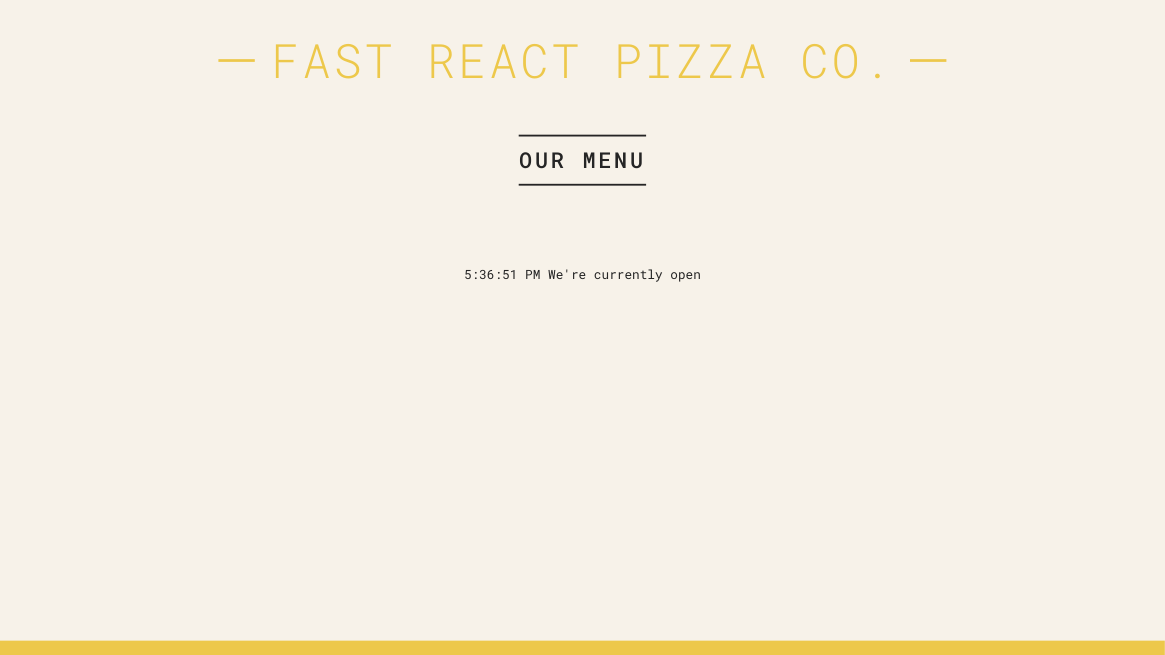
Repository: ahmedharidy/First-React-App
Page: /
These files come from the project's save history. The page is drawn as it stood at one moment and after the next save; the edit follows.
The browser window is 1280 px wide. The pictures show the whole page, at 91% of full size.
The project was rebuilt for these pictures with package versions that can differ from the ones it lists, and the page was loaded fresh each time.

Above is the page before, as saved 2026-09-23 00:00:21.

### src/index.js
import React from "react";
import ReactDOM from "react-dom/client";
import "./index.css";

const pizzaData = [
  {
    name: "Focaccia",
    ingredients: "Bread with italian olive oil and rosemary",
    price: 6,
    photoName: "pizzas/focaccia.jpg",
    soldOut: false,
  },
  {
    name: "Pizza Margherita",
    ingredients: "Tomato and mozarella",
    price: 10,
    photoName: "pizzas/margherita.jpg",
    soldOut: false,
  },
  {
    name: "Pizza Spinaci",
    ingredients: "Tomato, mozarella, spinach, and ricotta cheese",
    price: 12,
    photoName: "pizzas/spinaci.jpg",
    soldOut: false,
  },
  {
    name: "Pizza Funghi",
    ingredients: "Tomato, mozarella, mushrooms, and onion",
    price: 12,
    photoName: "pizzas/funghi.jpg",
    soldOut: false,
  },
  {
    name: "Pizza Salamino",
    ingredients: "Tomato, mozarella, and pepperoni",
    price: 15,
    photoName: "pizzas/salamino.jpg",
    soldOut: true,
  },
  {
    name: "Pizza Prosciutto",
    ingredients: "Tomato, mozarella, ham, aragula, and burrata cheese",
    price: 18,
    photoName: "pizzas/prosciutto.jpg",
    soldOut: false,
  },
];
function App() {
  return (
    <div className="container">
      <Header />
      <Menu />
      <Footer />
    </div>
  );
}

function Header() {
  //   const style = { color: "red", fontSize: "48px", textTransform: "uppercase" };
  const style = {};
  return (
    <header className="header">
      <h1 style={style}>Fast react pizza co.</h1>
    </header>
  );
}
function Menu() {
  return (
    <main className="menu">
      <h2>Our menu</h2>

      <div>
        {pizzaData.map((pizza) => (
          <pizza name={Pizza.name} />
        ))}
      </div>
      {/* <Pizza
        name="pizza spinaci"
        ingredient="Bread with italian olive oil and rosemary"
        photoName="pizzas/spinaci.jpg"
        price={10}
      />

      <Pizza
        name="pizza funghi"
        ingredient="Bread with tomato and mushrooms"
        photoName="pizzas/funghi.jpg"
        price={50}
      /> */}
    </main>
  );
}

function Pizza(props) {
  console.log(props);
  return (
    <div className="pizza">
      <img src={props.photoName} alt={props.name}></img>
      <div>
        <h3>{props.name}</h3>
        <p>{props.ingredient}</p>
        <span>{props.price + 3}</span>
      </div>
    </div>
  );
}

function Footer() {
  const hour = new Date().getHours();
  const openHour = 12;
  const closeHour = 22;
  const isOpen = hour >= openHour && hour <= closeHour;

  //   if (hour >= openHour && hour <= closeHour) alert("were currently open!");
  //   else alert("sorry were closed");

  return (
    <footer className="footer">
      {new Date().toLocaleTimeString()} We're currently open
    </footer>
  );
  //   return React.createElement("footer", null, "we're currently open");
}

const root = ReactDOM.createRoot(document.getElementById("root"));

root.render(<App />);

Loaded but not shown: public/index.html (common file); src/index.css (common file)

After the next save:
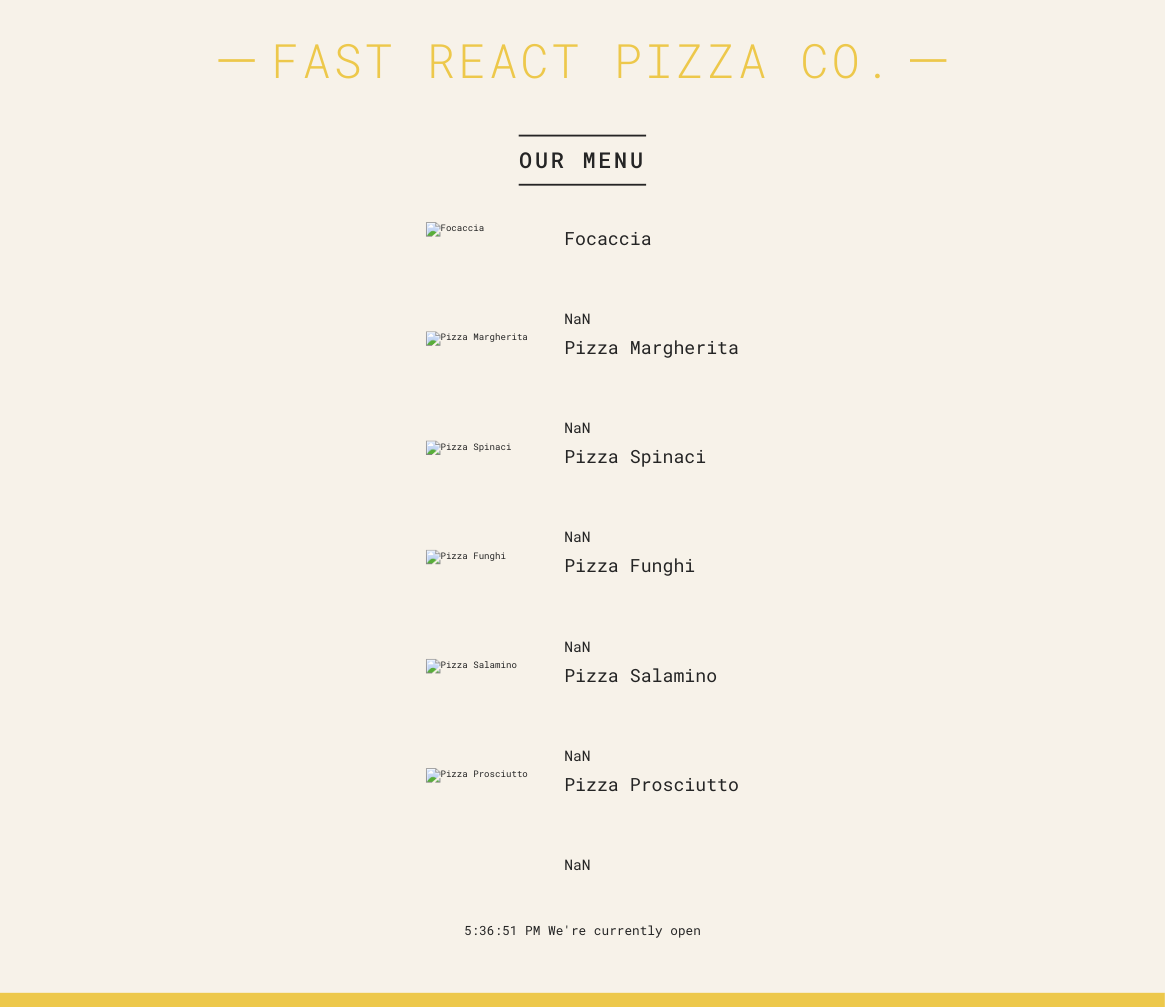
Saved 11 s later.
--- a/src/index.js
+++ b/src/index.js
@@ -72,7 +72,7 @@ function Menu() {
 
       <div>
         {pizzaData.map((pizza) => (
-          <pizza name={Pizza.name} />
+          <Pizza name={pizza.name} />
         ))}
       </div>
       {/* <Pizza
